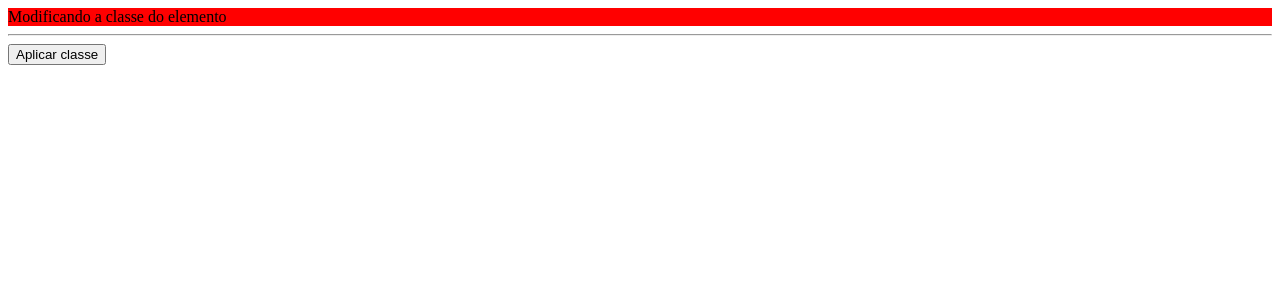
Repository: TeoNogueira/Aulas-Udemy-DevFull-Stack-Por-Jamilton-Damasceno-e-Jorge-Sant-Ana-
Page: public_project/JavaScript/DOM_Manipulation_2.html
The author's editor kept a copy of each file at every save. The page is drawn from the files as they stood at one save, then again after the next save.
The browser window is 1280 px wide. The pictures show the whole page.

Above is the page before, as saved 2020-10-27 22:01:07.

After the next save:
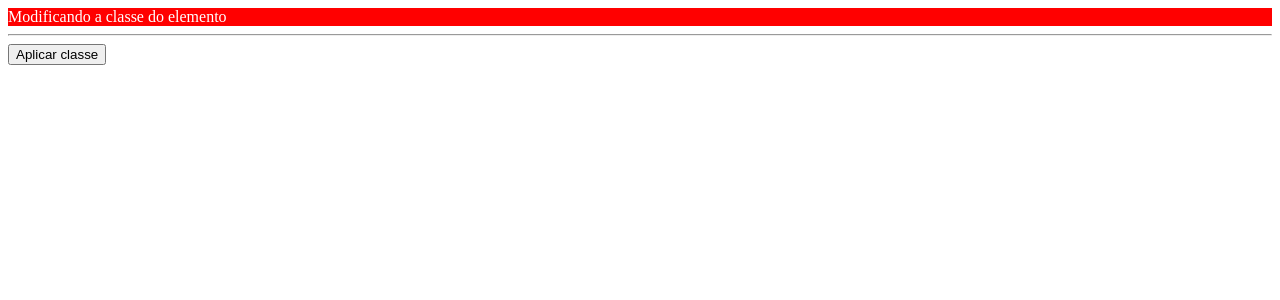
Saved 6 s later.
--- a/public_project/JavaScript/DOM_Manipulation_2.html
+++ b/public_project/JavaScript/DOM_Manipulation_2.html
@@ -7,7 +7,9 @@
 <style class="">
 .estilo1 {
 
-    background: #FF0000
+    background: #FF0000;
+
+    color: #FFF;
 
 
 }
